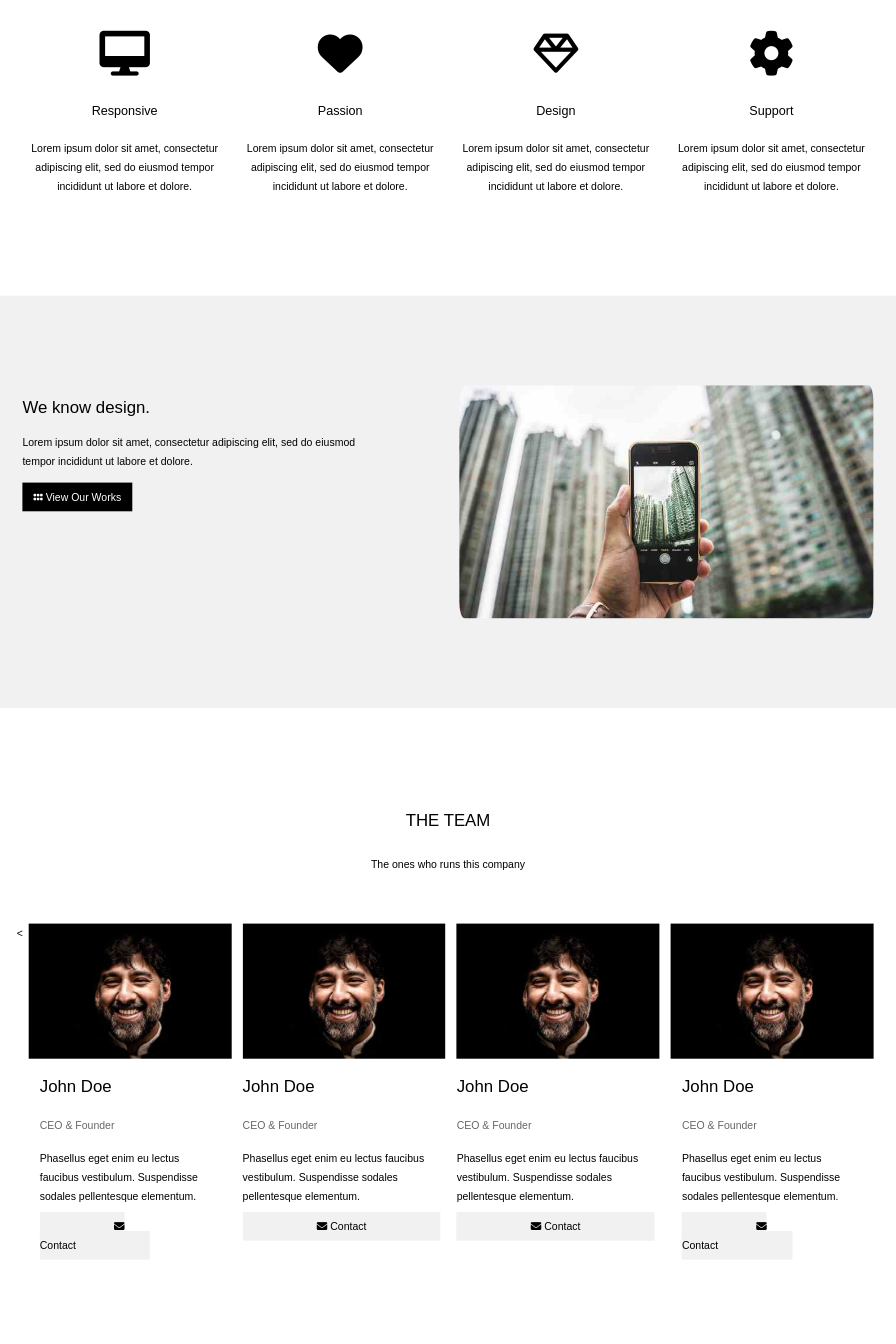
Repository: husterDC/Test
Page: index.html
These files come from the project's save history. The page is drawn as it stood at one moment and after the next save; the edit follows.
The browser window is 1280 px wide. The pictures show the part of the page from y = 1239 to 3159 px (the page is 3159 px tall), at 70% of full size.
The pointer rests on the first visible `.container_team-btn`.

Above is the page before, as saved 2022-10-13 14:49:22.

After the next save:
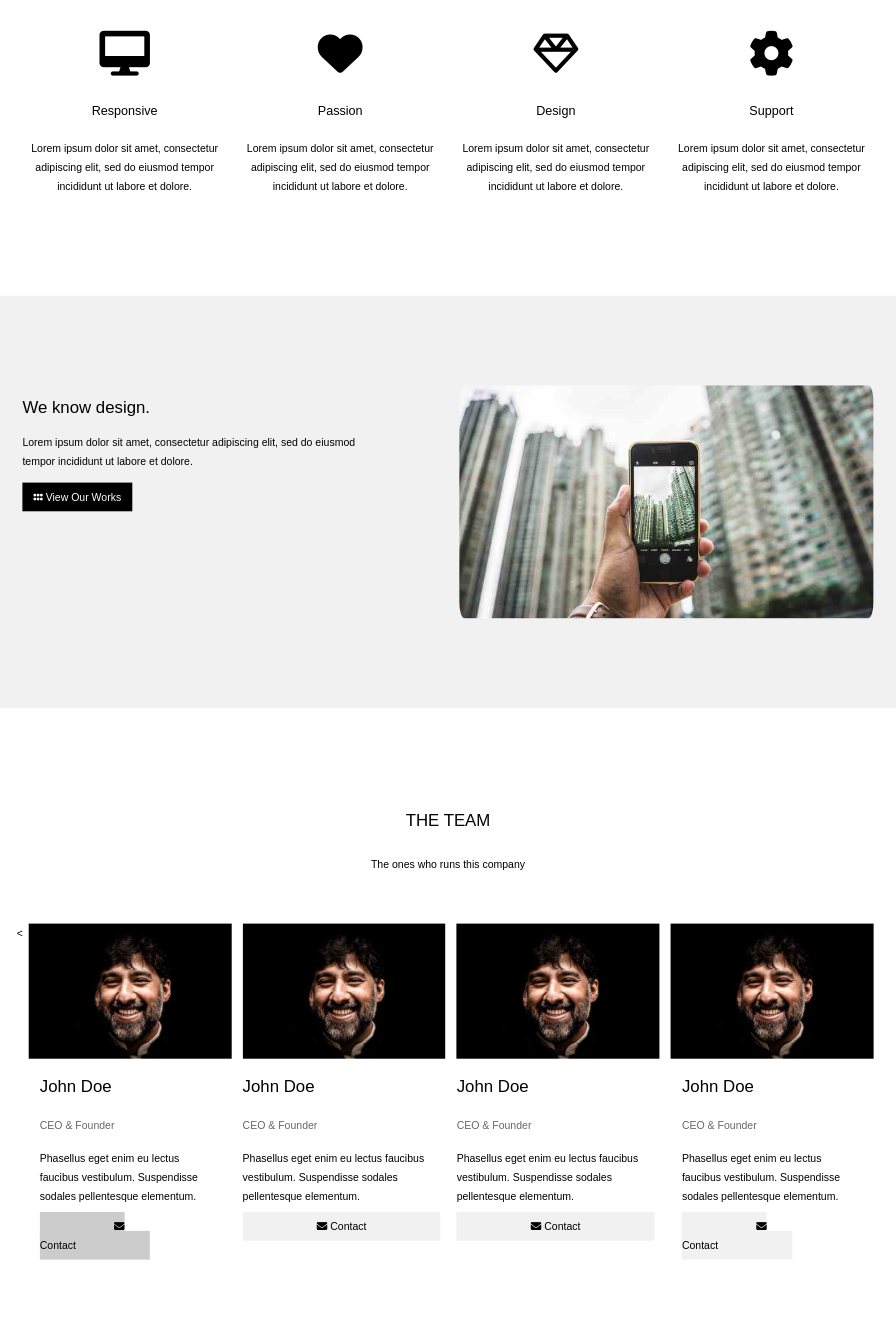
Saved 67 s later.
--- a/assets/style.css
+++ b/assets/style.css
@@ -205,3 +205,7 @@
     background-color: #f1f1f1;
     margin: 20px 0;
 }
+.container_team-btn:hover {
+    color: #000;
+    background-color: #ccc;
+}
